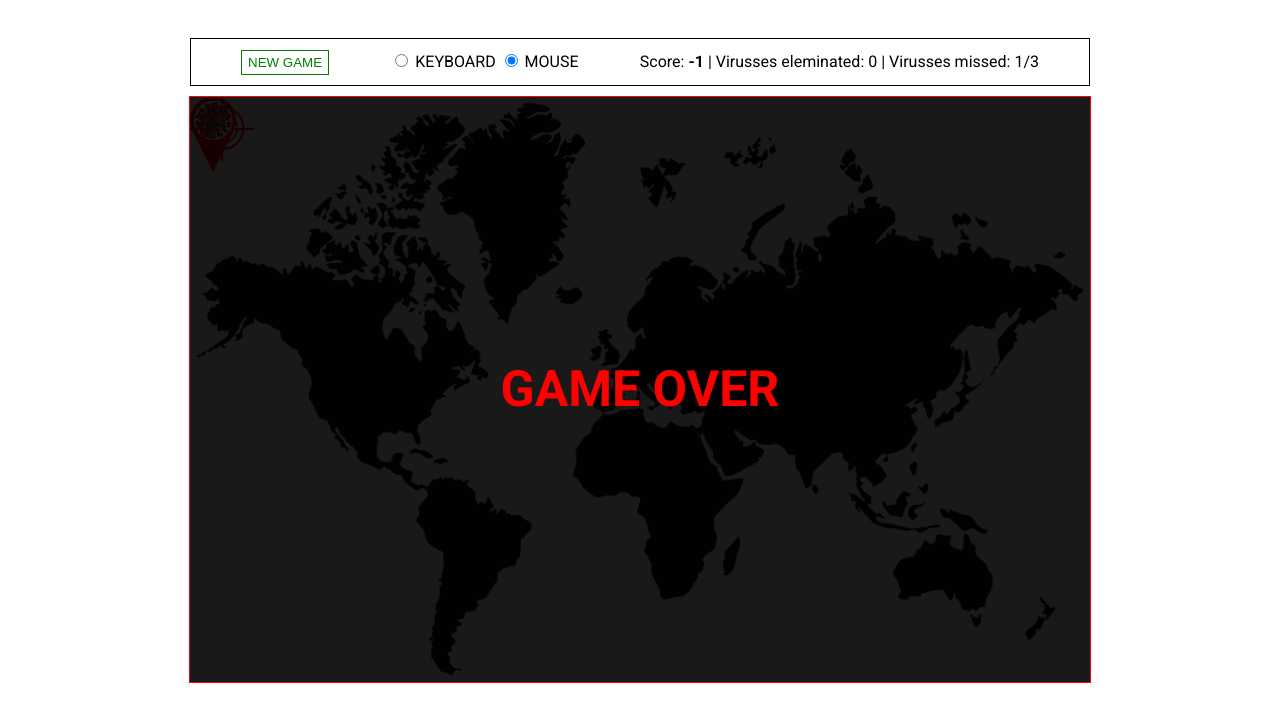
Repository: Baterka/DestroyTheVirus
Page: index.html
The author's editor kept a copy of each file at every save. The page is drawn from the files as they stood at one save, then again after the next save.
The browser window is 1280 px wide. The pictures show the whole page.

Above is the page before, as saved 2020-03-20 01:18:38.
Console error: TypeError: Cannot read properties of undefined (reading 'toggleSpawning')

### index.html
<!DOCTYPE html>
<html lang="en">

<head>
    <meta charset="utf-8">
    <meta http-equiv="X-UA-Compatible" content="IE=edge">
    <title></title>
    <meta name="description" content="">
    <meta name="viewport" content="width=device-width, initial-scale=1">
    <link rel="stylesheet" href="style.css">
</head>

<body onload="game.init()">
    <div class="flex-container">
        <div class="flex-row" id="toolbar">
            <div class="col">
                <button id="button_newGame">NEW GAME</button>
            </div>
            <div class="col">
                <input type="radio" id="radio_keyboard" name="input" value="keyboard" onclick="player.changeInput(this);" />
                <label for="radio_keyboard">KEYBOARD</label>
                <input type="radio" id="radio_mouse" name="input" value="mouse" checked onclick="player.changeInput(this);" />
                <label for="radio_mouse">MOUSE</label>
            </div>
            <div class="col scoreboard">
                Score: <b><span id="score">0</span></b> | Virusses eleminated: <span id="eliminated">0</span> | Virusses missed: <span id="missed">0</span>/3
            </div>
        </div>
        <div class="flex-row" id="canvas" ondragstart="return false;" ondrop="return false;">
            <div id="target"></div>
            <div id="virusses">
            </div>
            <div id="gameOver" class="noselect">
                GAME OVER
            </div>
            <div id="deadZone"></div>
        </div>
    </div>
    <script src="./main.js" async defer></script>
</body>

</html>

### style.css
@import url('https://fonts.googleapis.com/css?family=Roboto:400,700&display=swap');
html,
body,
.flex-container {
    font-family: 'Roboto', sans-serif;
    padding: 0;
    margin: 0;
    width: 100%;
    height: 100%;
}

.flex-container {
    display: flex;
    justify-content: center;
    align-items: center;
    flex-direction: column;
}

#canvas {
    z-index: 0;
    /* cursor: none; */
    position: relative;
    width: calc(20px * 45);
    height: calc(13px * 45);
    border: 1px solid red;
    /* https://cz.pinterest.com/pin/298574650280907774/ */
    background-image: url(./world_map.png);
    background-repeat: no-repeat;
    background-size: 100% 100%;
}

#toolbar {
    margin-bottom: 10px;
    width: calc(20px * 45);
    padding: 10px 50px;
    box-sizing: border-box;
    border: 1px solid black;
    display: flex;
    justify-content: space-between;
    align-items: center;
    flex-direction: row;
}

.col {
    display: inline-block;
    vertical-align: middle;
    line-height: 25px;
}

button {
    height: 25px;
    border: 1px solid black;
    background-color: transparent;
    color: black;
}

#button_newGame:disabled {
    height: 25px;
    border: 1px solid gray;
    background-color: transparent;
    color: gray;
}

#button_newGame {
    color: green;
    border: 1px solid green;
}

#target {
    z-index: -1;
    pointer-events: none;
    position: absolute;
    display: none;
    top: 0;
    left: 0;
    width: 64px;
    height: 64px;
    /* https://www.stickpng.com/img/miscellaneous/symbols/red-target */
    background-image: url(./target.png);
    background-repeat: no-repeat;
    background-size: 100% 100%;
}

.virus {
    z-index: -2;
    position: absolute;
    top: 0;
    left: 0;
    width: 46px;
    height: 75px;
    background-image: url(./corona.png);
    background-repeat: no-repeat;
    background-size: 100% 100%;
}

.virus .clickable {
    width: 46px;
    height: 46px;
    border-radius: 46px;
}

#deadZone {
    z-index: 0;
    display: none;
    position: absolute;
    top: 0;
    left: 0;
    right: 100%;
    bottom: 0;
    background-color: rgba(255, 0, 0, 0.5);
    border-right: 1px solid red;
}

#gameOver {
    z-index: 0;
    display: none;
    height: 100%;
    align-items: center;
    justify-content: center;
    background-color: rgba(0, 0, 0, .9);
    color: red;
    font-weight: bold;
    font-size: 50px;
}


/* https://stackoverflow.com/questions/826782/how-to-disable-text-selection-highlighting */

.noselect {
    -webkit-touch-callout: none;
    -webkit-user-select: none;
    -khtml-user-select: none;
    -moz-user-select: none;
    -ms-user-select: none;
    user-select: none;
}

### main.js
const randomNumber = (min, max) => {
    return Math.floor((Math.random() * max) + min);
}

class Audio {

    _sources = {
        // https://freesound.org/people/InspectorJ/sounds/484344/
        success: "./success.wav",
        // https://freesound.org/people/LorenzoTheGreat/sounds/417794/
        fail: "./fail.wav"
    }

    tracks = {};

    constructor() {
        for (let key in this._sources) {
            this.tracks[key] = document.createElement("audio");
            this.tracks[key].src = this._sources[key];
            console.log(`[AUDIO] Source '${key}' loaded.`);
        }
    }

    play(track) {
        if (!track)
            console.error(`[AUDIO] Source '${name}' does not exist.`);
        track.currentTime = 0;
        track.play();
    }
}

class Game {
    // Will be loaded after DOM will be rendered
    World = null;
    Player = null;
    Virus = null;

    // Audio
    _Audio = new Audio();

    // Ticks per second (frames-per-second)
    tps = 60;

    // ENUM: RUNNING, GAMEOVER
    gameState = "GAMEOVER"

    constructor() {}

    /**
     * Called after DOM rendered
     */
    init() {
        this.World = new World(this);
        this.Player = new Player(this, document.querySelector('input[name="input"]:checked'));
        this.Virus = new Virus(this);

        // Game tick
        setInterval(() => this._tick(), 1000 / this.tps)
    }

    /**
     * Game tick
     */
    _tick() {
        // Legacy (I used event handlers instead)
    }

    addScore() {
        this._Audio.play(this._Audio.tracks.success);
        this.Player.setScore(1);
    }

    deleteScore() {
        this._Audio.play(this._Audio.tracks.fail);
        this.Player.setScore(-1);

        if (this.Player.missed >= this.Player.maxMissed || this.Player.score < 0) {
            this.World.toggleGameOver();
            this.Player._Virus.toggleSpawning(false);
            this.gameState === "GAMEOVER";
            this._buttonNewGameElem.disabled = false;
        }
    }
}

/**
 * Input and score handler
 */
class Player {
    _scoreElem = document.getElementById('score');
    _eliminatedElem = document.getElementById('eliminated');
    _missedElem = document.getElementById('missed');
    _buttonNewGameElem = document.getElementById('button_newGame');

    keyboardSpeed = 10;

    pos = {
        x: 0,
        y: 0
    }

    score = 0;
    eliminated = 0;
    missed = 0;

    maxMissed = 3;

    constructor(game, radioElem) {
        // Reference to Game controller
        this._Game = game;

        this.changeInput(radioElem);

        // Start listening to input events
        this._listenToEvents();
    }


    setVirus(virus) {
        this._Virus = virus;
    }

    changeInput(radioElem) {
        if (radioElem.value !== this.radio_input) {
            this.radio_input = radioElem.value;
            console.log("Input type changed to:", this.radio_input);
        }
    }

    resetScore() {
        this.score = 0;
        this.eliminated = 0;
        this.missed = 0;

        this._scoreElem.innerHTML = this.score;
        this._eliminatedElem.innerHTML = this.eliminated;
        this._missedElem.innerHTML = this.missed;
    }

    setScore(add) {
        this.score += add;
        if (add > 0)
            this.eliminated++;
        if (add < 0)
            this.missed++;

        this._scoreElem.innerHTML = this.score;
        this._eliminatedElem.innerHTML = this.eliminated;
        this._missedElem.innerHTML = this.missed;
    }

    _listenToEvents() {

        this._buttonNewGameElem.addEventListener("click", e => {
            if (this.gameState !== "RUNNING") {
                this._Game.World.toggleGameOver(true);
                this._Game.Player.Virus.toggleSpawning(true);
                this._buttonNewGameElem.disabled = true;
                this._Game.Player.resetScore()
            }
        });

        /**
         * Why not just listen on 'this._Game.World.canvas'?
         * Answer: Because I like sliding around corners!
         */
        document.addEventListener("mousemove", e => {
            if (this.radio_input !== 'mouse')
                return;

            this._Game.World.moveTarget(e.clientX, e.clientY);
        });

        /**
         * Why not just listen on 'this._Game.World.canvas'?
         * Answer: Same as above!
         */
        document.addEventListener("click", e => {
            const parent = e.target.parentElement;
            if (parent.className == 'virus') {
                console.log("Clicked on virus ID:", parent.id);
                if (!this._Virus)
                    return console.error("Virus Manager is not attached. Cannot call onClick action!");
                this._Virus.onClick(parent.id);
            }
        });

        document.addEventListener("keydown", e => {
            if (this.radio_input !== 'keyboard')
                return;

            switch (e.key) {
                case "w":
                    this.pos.y -= this.keyboardSpeed;
                    break;
                case "s":
                    this.pos.y += this.keyboardSpeed;
                    break;
                case "a":
                    this.pos.x -= this.keyboardSpeed;
                    break;
                case "d":
                    this.pos.x += this.keyboardSpeed;
                    break;
                default:
                    console.log("Undefined key pressed:", e.key);
                    break;
            }
        });
    }
}

class Virus {
    _parentElem = document.getElementById('virusses');
    _virusElem = document.createElement("div");

    _list = {};

    _spawningEnabled = false;

    _spawnRate = 2000;

    constructor(game) {
        // Reference to Game controller
        this._Game = game;

        this._virusElem.className = "virus";
        const clickableElem = document.createElement("div");
        clickableElem.className = "clickable";
        clickableElem.onClick = e => {
            console.log(e);
        }
        this._virusElem.appendChild(clickableElem);

        if (this._spawningEnabled)
            this._spawner();

        this.spawn(0, 0);
    }

    _spawner() {
        setTimeout(() => {
            if (!this._spawningEnabled)
                return;
            const x = randomNumber(this._Game._canvasBoundary.minX, this._Game._canvasBoundary.maxX + 15);
            const y = randomNumber(this._Game._canvasBoundary.minY, this._Game._canvasBoundary.maxY - 13);
            this.spawn(x, y);
            console.log(this._spawnRate);
            this._spawner();
        }, --this._spawnRate);
    }

    toggleSpawning(enable) {
        this._spawningEnabled = enable;
        console.log("Virus spawning:", enable ? "enabled" : "disabled");
        if (this._spawningEnabled)
            this._spawner();
    }

    spawn(x, y) {
        const virusElem = this._virusElem.cloneNode(true);
        virusElem.style.left = x + "px";
        virusElem.style.top = y + "px";
        virusElem.id = this._list.length;
        this._list[virusElem.id] = virusElem;
        this._parentElem.appendChild(virusElem);
        this._autoHide(virusElem.id);
    }

    _autoHide(id) {
        setTimeout(() => {
            const elem = this._list[id];
            if (!elem)
                return;
            this._Game.deleteScore();
            elem.remove();
            delete this._list[id];
        }, 1000);
    }

    /**
     * Handling clicks on viruses
     */
    onClick(id) {
        if (!this._spawningEnabled)
            return;
        const elem = this._list[id];
        if (!elem)
            return;
        elem.remove();
        this._Game.addScore();
        delete this._list[id];
    }
}

class World {
    canvas = document.getElementById('canvas');

    _target = document.getElementById('target');

    _canvasOffset = {
        x: 0,
        y: 0
    }

    // DeadZone
    _deadZoneElem = document.getElementById("deadZone");
    _deadZoneWidth = 0;

    // GameOver
    _gameOverElem = document.getElementById("gameOver");

    constructor() {
        // Reference to Game controller
        this._Game = game;

        this._target.style.display = "block";
        this._targetRect = this._target.getBoundingClientRect();
        this.targetDimension = {
            width: this._targetRect.width,
            height: this._targetRect.height
        }

        window.addEventListener("resize", () => {
            this._debounceResize(this._onWindowResize.bind(this))
        });

        this._onWindowResize();

        this._canvasRect = this.canvas.getBoundingClientRect();
        this._canvasBoundary = {
            minX: this._canvasOffset.x,
            minY: this._canvasOffset.y,
            maxX: this._canvasRect.width - this._canvasOffset.x,
            maxY: this._canvasRect.height - this._canvasOffset.y
        }
    }

    moveTarget(x, y) {
        x -= this.canvasOffset.x - this.targetDimension.width / 2;
        y -= this.canvasOffset.y - this.targetDimension.height / 2;;

        // Allow "corner sliding"
        x = (x > this._canvasBoundary.minX ? (x < this._canvasBoundary.maxX - this.targetDimension.width ? x : this._canvasBoundary.maxX - this.targetDimension.width) : this._canvasBoundary.minX)
        y = (y > this._canvasBoundary.minY ? (y < this._canvasBoundary.maxY - this.targetDimension.height ? y : this._canvasBoundary.maxY - this.targetDimension.height) : this._canvasBoundary.minY)

        this._target.style.left = x + "px";
        this._target.style.top = y + "px";
    }

    inceraseDeadZone() {

    }

    toggleGameOver(visible) {
        this._gameOverElem.style.display = visible ? "none" : "flex";
    }

    /**
     * Called on window resize (if not resized for more than 50ms to avoid lag)
     */
    _onWindowResize() {
        this.canvasOffset = {
            x: this.canvas.offsetLeft + this.targetDimension.width,
            y: this.canvas.offsetTop + this.targetDimension.height
        }
        console.log("Window resized! New cancas offset:", this.canvasOffset);
    }

    /**
     * Used to prevent lag on window resize event.
     * https://stackoverflow.com/questions/45905160/javascript-on-window-resize-end
     */
    _debounceResize(endFunc) {
        let timer;
        return event => {
            if (timer) clearTimeout(timer);
            timer = setTimeout(endFunc, 50, event);
        };
    }
}

const game = new Game();

After the next save:
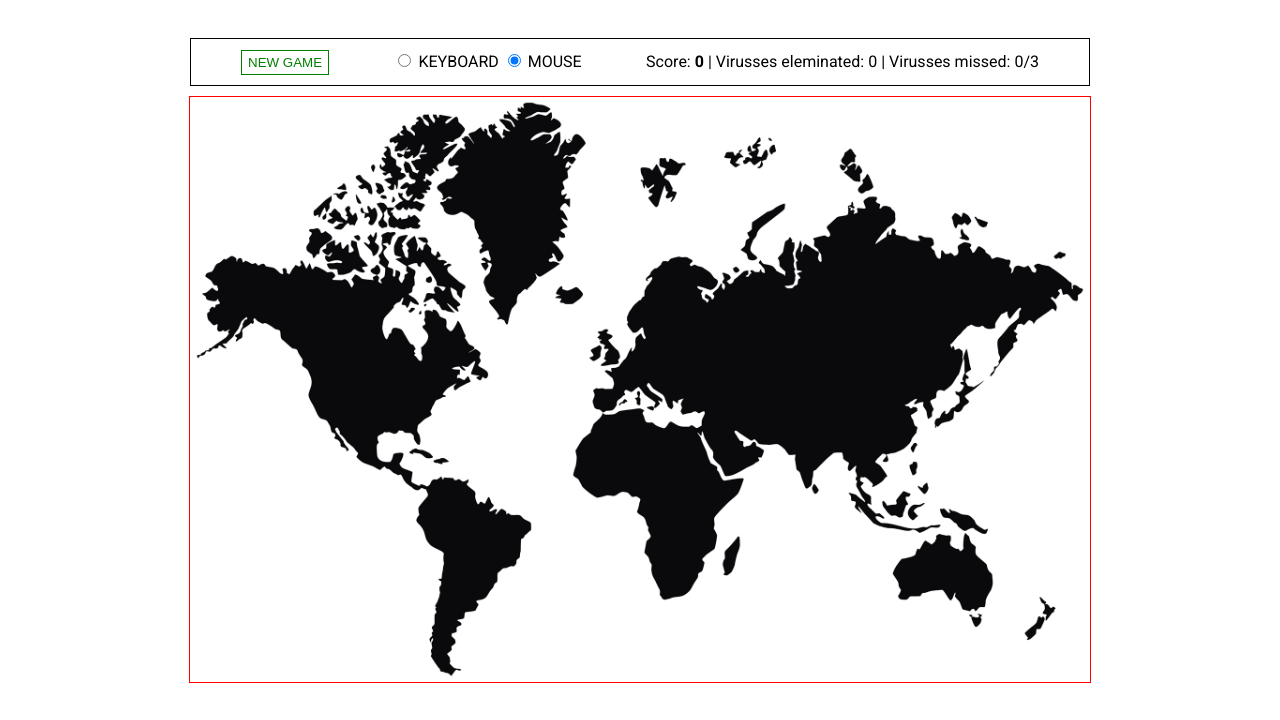
Console error: SyntaxError: Unexpected token '}'
Saved 2 min 18 s later.
--- a/main.js
+++ b/main.js
@@ -74,12 +74,7 @@
         this._Audio.play(this._Audio.tracks.fail);
         this.Player.setScore(-1);
 
-        if (this.Player.missed >= this.Player.maxMissed || this.Player.score < 0) {
-            this.World.toggleGameOver();
-            this.Player._Virus.toggleSpawning(false);
-            this.gameState === "GAMEOVER";
-            this._buttonNewGameElem.disabled = false;
-        }
+        this.World.
     }
 }
 
@@ -303,8 +298,12 @@
         y: 0
     }
 
-    // DeadZone
     _deadZoneElem = document.getElementById("deadZone");
+
+    // 10px per missed virus
+    _deadZonePixels = 0;
+
+    // Depending on canvas height
     _deadZoneWidth = 0;
 
     // GameOver

After the 5 saves that followed:
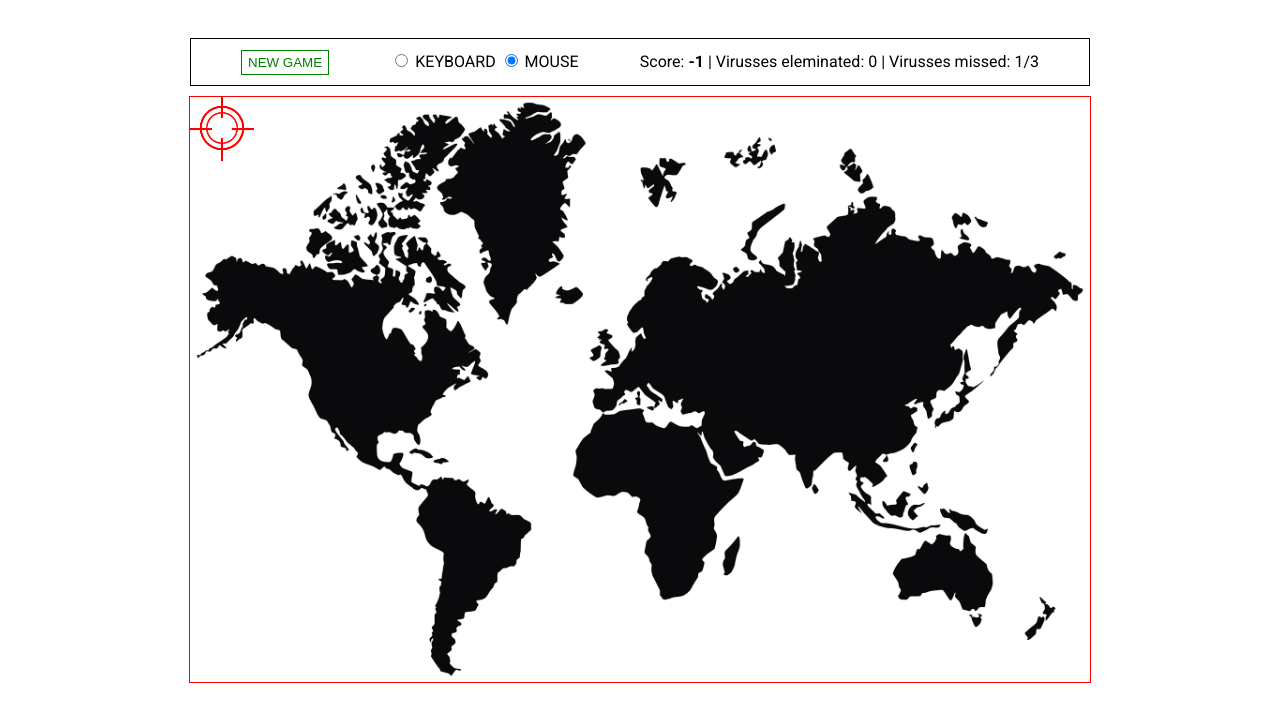
The error is gone.
The 5 saves are shown as one change because 4 left the picture as it was.
The last was saved 107 s later.
--- a/main.js
+++ b/main.js
@@ -55,7 +55,7 @@
         this.Virus = new Virus(this);
 
         // Game tick
-        setInterval(() => this._tick(), 1000 / this.tps)
+        setInterval(() => this._tick(), 1000 / this.tps);
     }
 
     /**
@@ -74,7 +74,7 @@
         this._Audio.play(this._Audio.tracks.fail);
         this.Player.setScore(-1);
 
-        this.World.
+        this.World.inceraseDeadZone();
     }
 }
 
@@ -298,13 +298,11 @@
         y: 0
     }
 
+    // DeadZone
     _deadZoneElem = document.getElementById("deadZone");
-
-    // 10px per missed virus
-    _deadZonePixels = 0;
-
-    // Depending on canvas height
-    _deadZoneWidth = 0;
+    _deadZonePixels = 0; // 10px per missed virus
+    _deadZoneWidth = 0; // Depending on canvas
+
 
     // GameOver
     _gameOverElem = document.getElementById("gameOver");
@@ -347,8 +345,9 @@
         this._target.style.top = y + "px";
     }
 
-    inceraseDeadZone() {
-
+    inceraseDeadZone(count = 10) {
+        this._deadZonePixels += count;
+        this._deadZoneWidth = this._deadZonePixels % this._canvasRect.height;
     }
 
     toggleGameOver(visible) {
